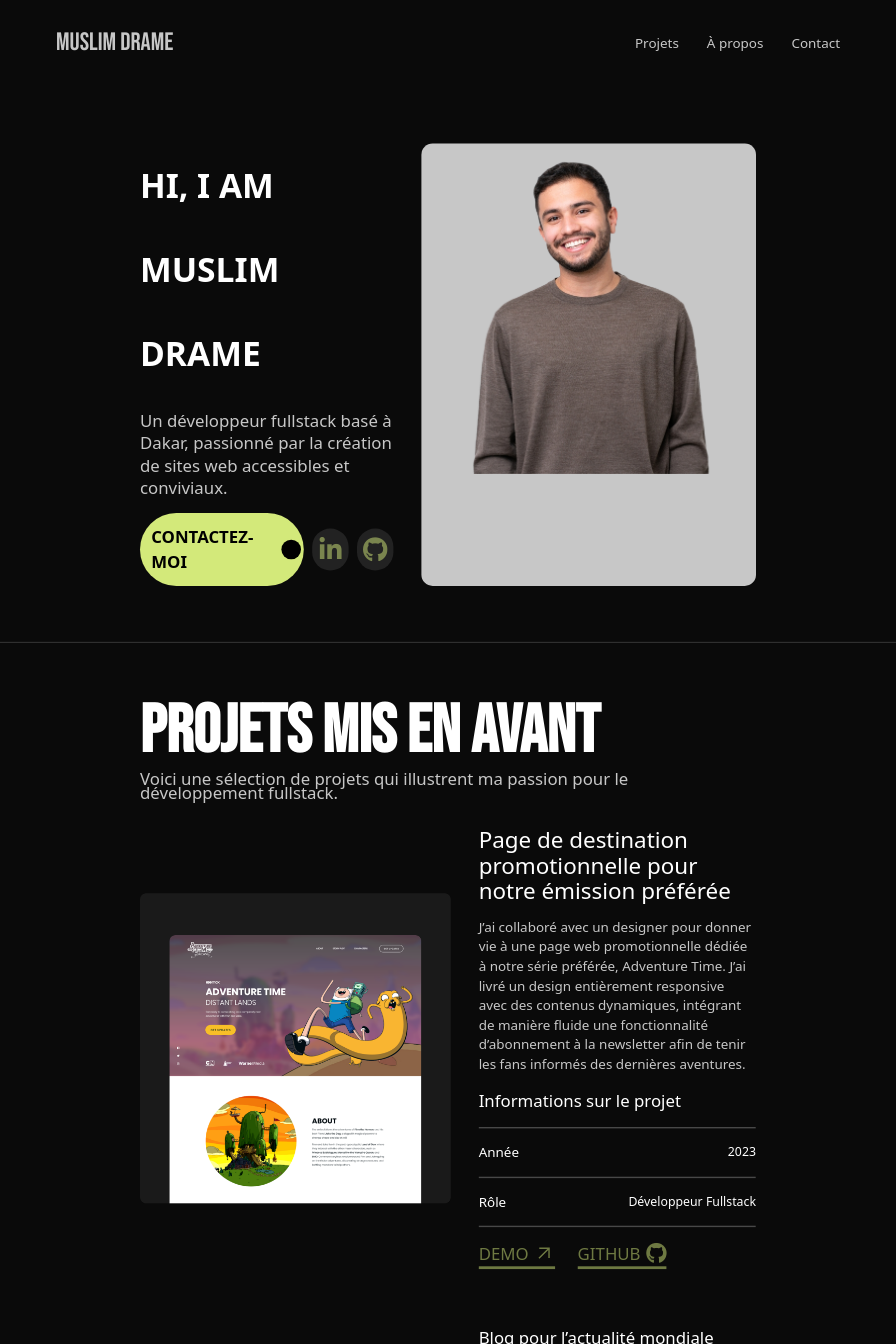
Repository: muslimdrame37-oss/Portfolio1
Page: src/index.html
These files come from the project's save history. The page is drawn as it stood at one moment and after a run of saves; the edit follows.
The browser window is 1280 px wide. The pictures show the part of the page from y = 0 to 1920 px (the page is 4725 px tall before and 5133 px after), at 70% of full size.
Some web fonts or font styles are not loaded; a fallback is used. Some web libraries are served in a nearby version.

Above is the page before, as saved 2026-02-11 18:47:17.

After the next 6 saves:
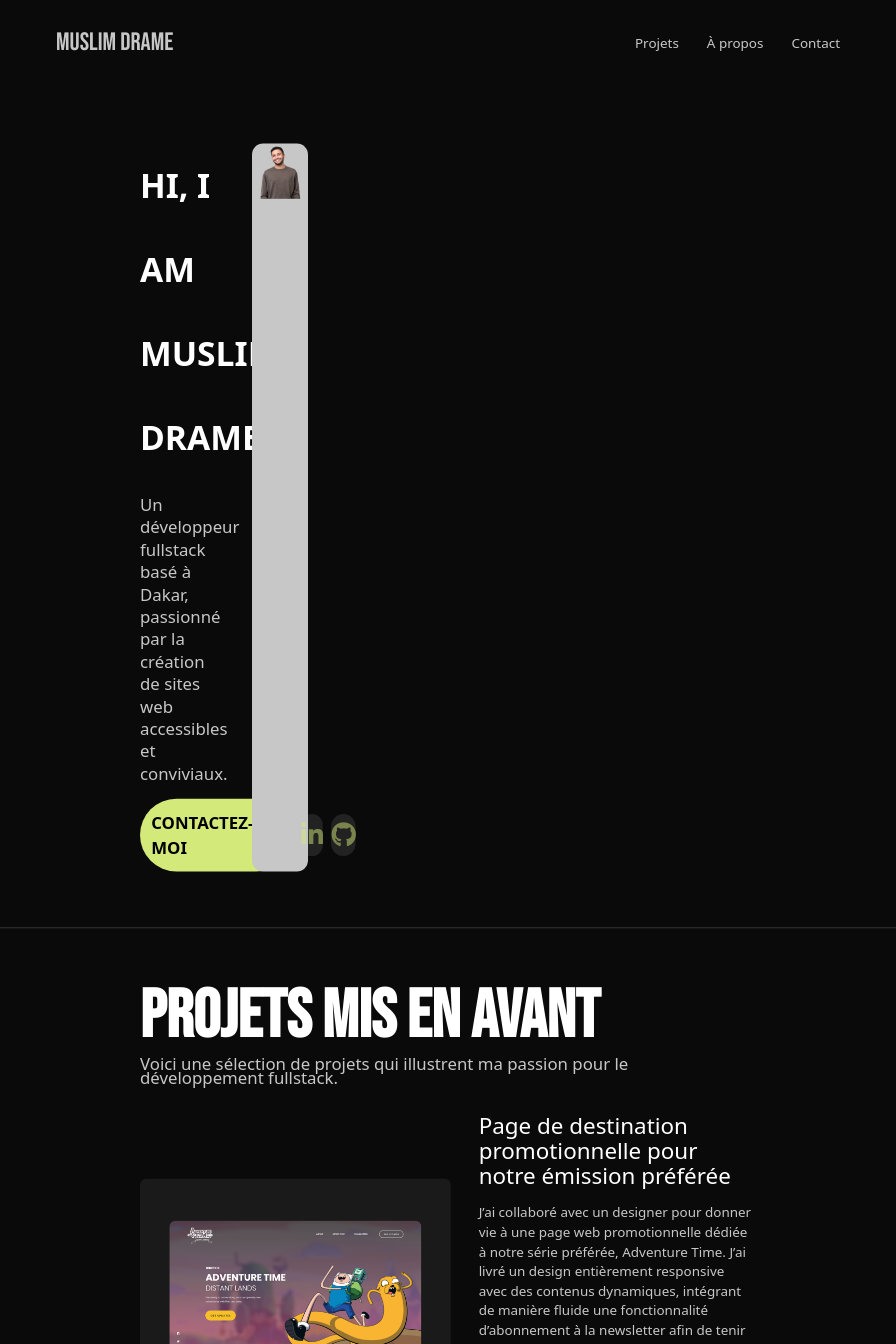
The 6 saves are shown as one change because they came seconds apart.
The last was saved 24 s later.
--- a/src/index.html
+++ b/src/index.html
@@ -43,7 +43,7 @@
     <main>
 
         <!-- ========== SECTION HERO ========== -->
-        <section class="px-5 mt-20 flex flex-col justify-between gap-10 lg:flex-row lg:px-50" aria-label="Section d'accueil">
+        <section class="px-5 mt-20 flex flex-col justify-between gap-10 lg:flex-row lg:px-50 lg:w-1/2" aria-label="Section d'accueil">
             <!-- Contenu texte -->
             <div class="flex flex-col gap-5 justify-center lg:w-1/2">
                 <h2 class="text-white text-[3rem] lg:text-[5rem] lg:font-bold lg:leading-30 leading-15 ">HI, I AM MUSLIM DRAME</h2>

After the 3 saves that followed:
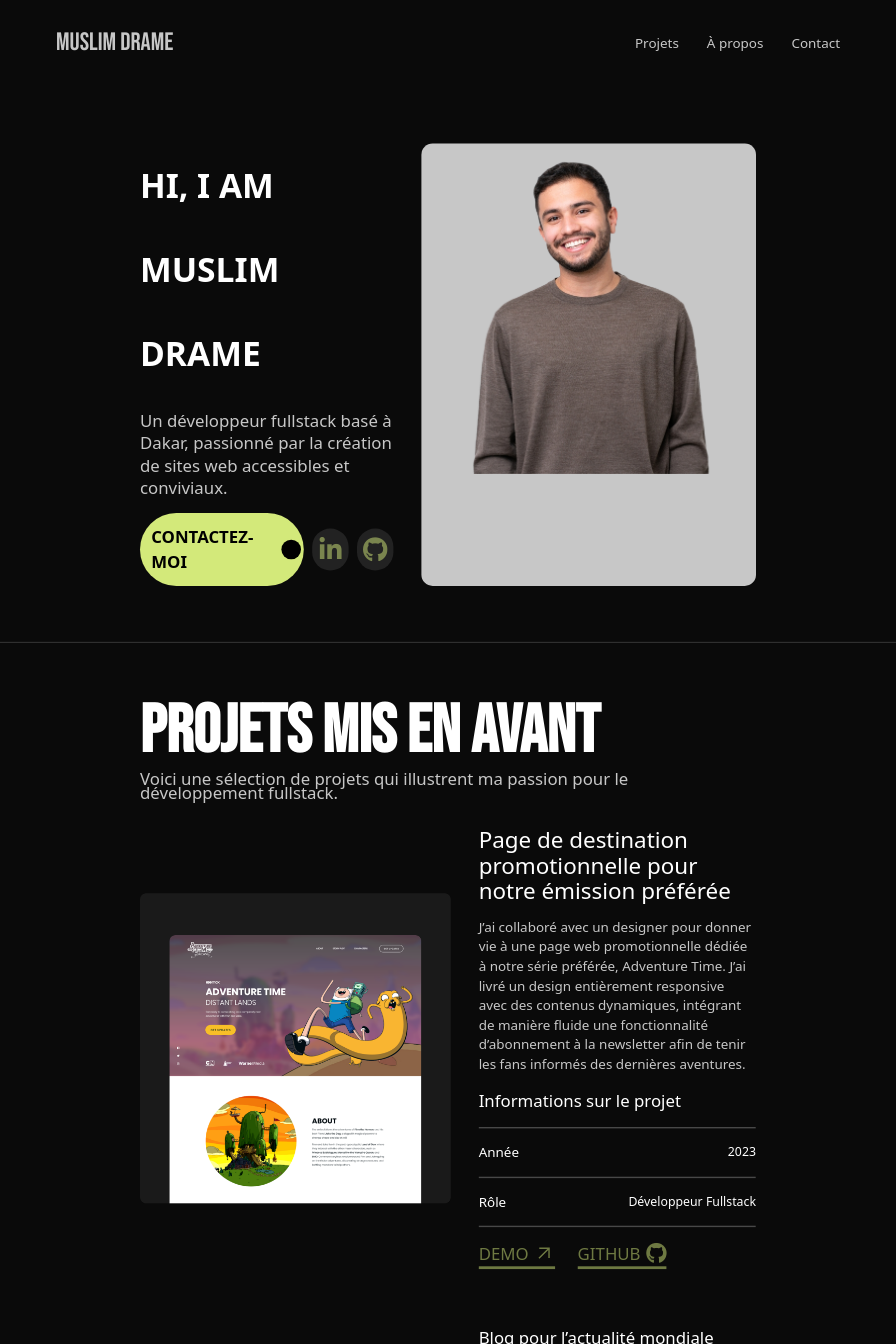
The 3 saves are shown as one change because 1 left the picture as it was and some came seconds apart.
The last was saved 12 s later.
--- a/src/index.html
+++ b/src/index.html
@@ -43,7 +43,7 @@
     <main>
 
         <!-- ========== SECTION HERO ========== -->
-        <section class="px-5 mt-20 flex flex-col justify-between gap-10 lg:flex-row lg:px-50 lg:w-1/2" aria-label="Section d'accueil">
+        <section class="px-5 mt-20 flex flex-col justify-between gap-10 lg:flex-row lg:px-50" aria-label="Section d'accueil">
             <!-- Contenu texte -->
             <div class="flex flex-col gap-5 justify-center lg:w-1/2">
                 <h2 class="text-white text-[3rem] lg:text-[5rem] lg:font-bold lg:leading-30 leading-15 ">HI, I AM MUSLIM DRAME</h2>
